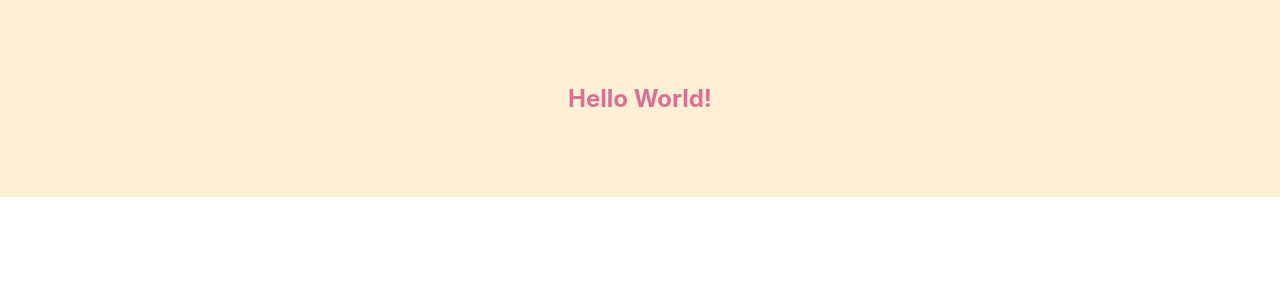
Repository: luizdanielmlima/my-website-react
Page: /
The author's editor kept a copy of each file at every save. The page is drawn from the files as they stood at one save, then again after the next save.
The browser window is 1280 px wide. The pictures show the whole page.
The project was rebuilt for these pictures with package versions that can differ from the ones it lists, and the page was loaded fresh each time. Also part of the build but not shown: src/App.css.

Above is the page before, as saved 2023-01-31 16:06:13.

### src/App.tsx
import React from 'react';
import './App.css';
import { Title, Wrapper } from './App.styled';

function App() {
  return (
    <Wrapper>
      <Title>Hello World!</Title>
    </Wrapper>
  );
}

export default App;

### src/App.styled.ts
import styled from 'styled-components';

export const Title = styled.h1`
  font-size: 1.5em;
  text-align: center;
  color: palevioletred;
`;

export const Wrapper = styled.section`
  padding: 4em;
  background: papayawhip;
`;

Loaded but not shown: public/index.html (common file); src/index.tsx (common file); src/index.css (common file); src/reportWebVitals.ts (common file)

After the next save:
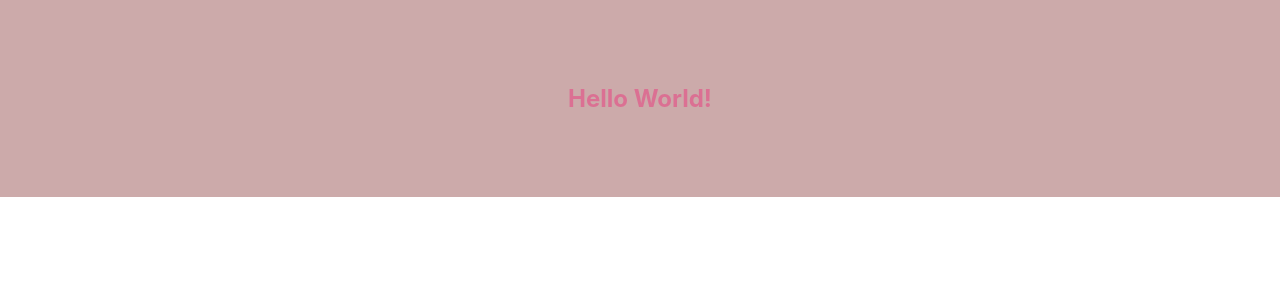
Saved 12 min 14 s later.
--- a/src/App.tsx
+++ b/src/App.tsx
@@ -1,12 +1,21 @@
 import React from 'react';
+import { ThemeProvider } from 'styled-components';
 import './App.css';
 import { Title, Wrapper } from './App.styled';
 
+const websiteTheme = {
+  colors: {
+    primary: '#caa',
+  },
+};
+
 function App() {
   return (
-    <Wrapper>
-      <Title>Hello World!</Title>
-    </Wrapper>
+    <ThemeProvider theme={websiteTheme}>
+      <Wrapper>
+        <Title>Hello World!</Title>
+      </Wrapper>
+    </ThemeProvider>
   );
 }
 
--- a/src/App.styled.ts
+++ b/src/App.styled.ts
@@ -8,5 +8,5 @@
 
 export const Wrapper = styled.section`
   padding: 4em;
-  background: papayawhip;
+  background: ${({ theme }) => theme.colors.primary};
 `;
